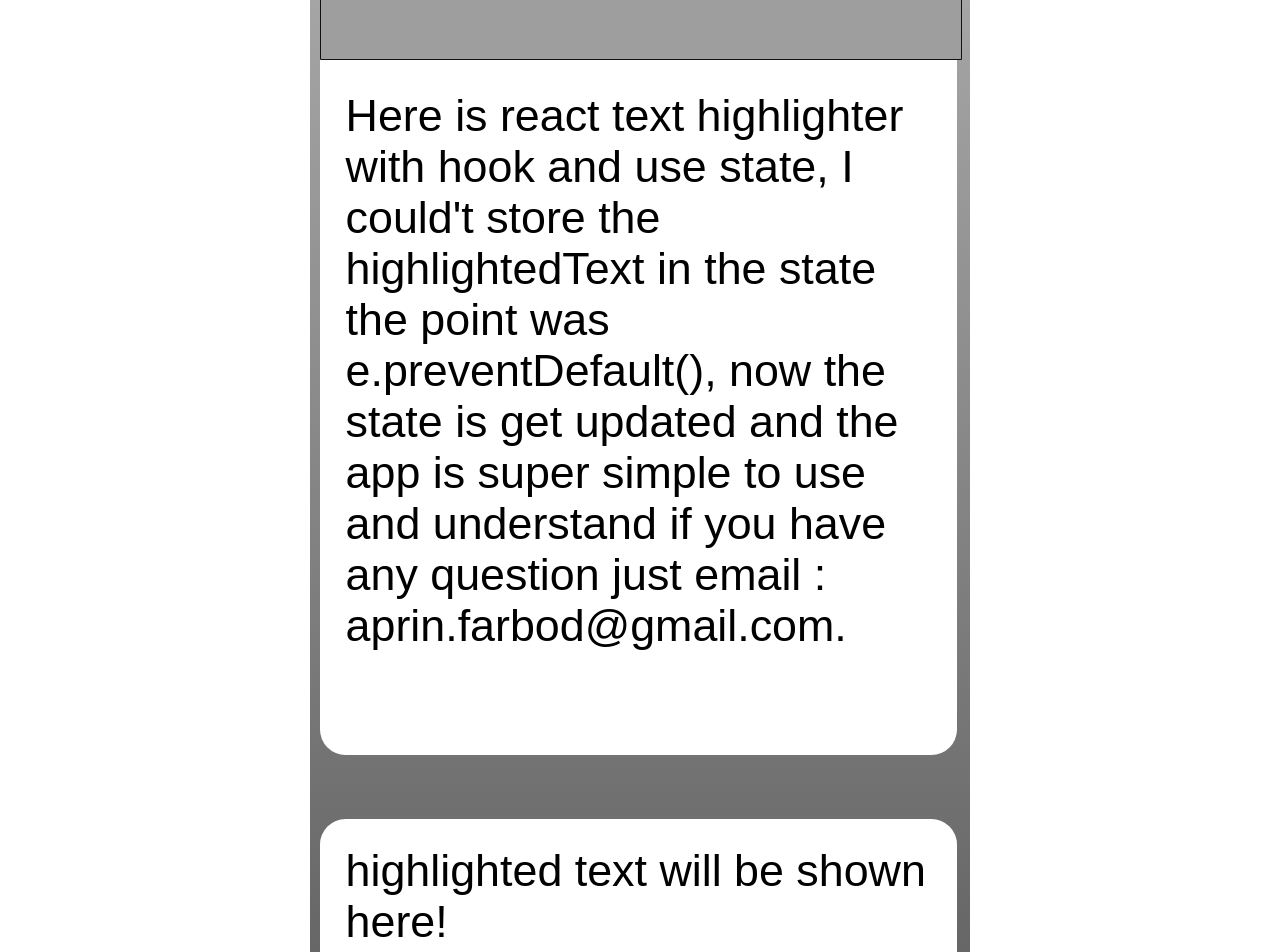
Repository: Farbod29/React-text-highlighter-with-hook-
Page: /
The author's editor kept a copy of each file at every save. The page is drawn from the files as they stood at one save, then again after the next save.
The browser window is 1280 px wide. The pictures show the part of the page from y = 656 to 1608 px (the page is 2452 px tall).
Pictures or frames that could not be fetched are drawn as grey boxes. The project was rebuilt for these pictures with package versions that can differ from the ones it lists, and the page was loaded fresh each time. Also part of the build but not shown: src/highlighter2.js.

Above is the page before, as saved 2022-02-22 20:08:52.

### src/App.js
import './App.css';
import Highlighter from './highlighter';
import Highlighter2 from './highlighter2';
function App() {
  return (
    <div className="App">
      <Highlighter />

      {/* <Highlighter2 text={'text sss'} /> */}
      {/* hello is it mee you looking for ! */}
    </div>
  );
}
// https://stackoverflow.com/questions/38810767/how-can-you-get-highlighted-text-window-getselection-in-reactjs

export default App;

### src/highlighter.js
import React, { useState, useEffect } from 'react';
import './highlight.css';

//https://developer.mozilla.org/en-US/docs/Web/API/Window/getSelection
// https://medium.com/unprogrammer/a-simple-text-highlighting-component-with-react-e9f7a3c1791a
//thanks for the provider and @Saeed Rastgar my friend to assist the in the CSS part.

export default function Highlighter() {
  const [highlightedText, setHighlightedText] = useState(
    'highlighted text will be shown here!'
  );
  useEffect(() => {
    // give permission to run this part on the client side
    const saveSelection = () => {
      setHighlightedText(window.getSelection().toString());
    };
    document.addEventListener('mouseup', saveSelection);
    return () => document.removeEventListener('mouseup', saveSelection);
  }, []);

  return (
    <>
      <section className="card">
        <div>
          <img
            className="img-holder"
            src="https://pfrias.couragecompanion.eu/storage/m/_v2/213604778138275840/4f8b684e5-e9314a/vlyvkRQwb3ew/u8hVvH5l5IFvha9MQyXCzPOYLo2SXG3bqIpv6vBg.png"
          ></img>
          <div className="margin-top-zero txt">
            Here is react text highlighter with hook and use state, I could't
            store the highlightedText in the state the point was
            e.preventDefault(), now the state is get updated and the app is
            super simple to use and understand if you have any question just
            email : aprin.farbod@gmail.com.
          </div>
          {/* {ghasem} */}
          <div className="txt">{highlightedText}</div>
          <div // parent of button
          >
            <button className="btn"> Add Highlighted text </button>
          </div>
        </div>
      </section>
    </>
  );
}

### src/highlight.css
.card {
  margin: 5vw auto;
  width: 50%;
  padding: 10px;
  border-radius: 5px;
  height: 180vw;
  background: linear-gradient(#ccc, #333);
}

.img-holder {
  height: 50vw;
  width: 49.5vw;
  border: 1px solid #111;
  border-top-left-radius: 2vw;
  border-top-right-radius: 2vw;
}

.txt {
  background-color: white;
  color: black;
  margin-bottom: 5vw;
  height: 50vw;
  width: 45.9vw;
  padding: 2vw;
  font-size: 3.5vw;
  font-family: sans-serif;
  text-align: left;
  border-radius: 2vw;
}

.margin-top-zero {
  margin-top: -3vw;
  padding-top: 5vw;
  border-top-radius: 0px;
}

.btn {
  padding: 5px;
  width: 47.5vw;
  font-size: 4vw;
  border-radius: 2vw;
}

farbod jan in css dovomi ro paste kon .card {
  margin: 5vw auto;
  width: 50%;
  padding: 10px;
  border-radius: 5px;
  height: 180vw;
  background: linear-gradient(#ccc, #333);
}

.img-holder {
  height: 50vw;
  width: 50vw;
  border-top-left-radius: 2vw;
  border-top-right-radius: 2vw;
}

.txt {
  background-color: white;
  color: black;
  margin-bottom: 5vw;
  height: 50vw;
  width: 45.8vw;
  padding: 2vw;
  font-size: 3.5vw;
  font-family: sans-serif;
  text-align: left;
  border-radius: 2vw;
}

.margin-top-zero {
  margin-top: -3vw;
  padding-top: 5vw;
  border-top-radius: 0px;
}

.btn {
  padding: 5px;
  width: 47.5vw;
  font-size: 4vw;
  border-radius: 2vw;
}

Loaded but not shown: public/index.html (common file); src/index.js (common file); src/index.css (common file); src/reportWebVitals.js (common file); src/App.css (common file)

After the next save:
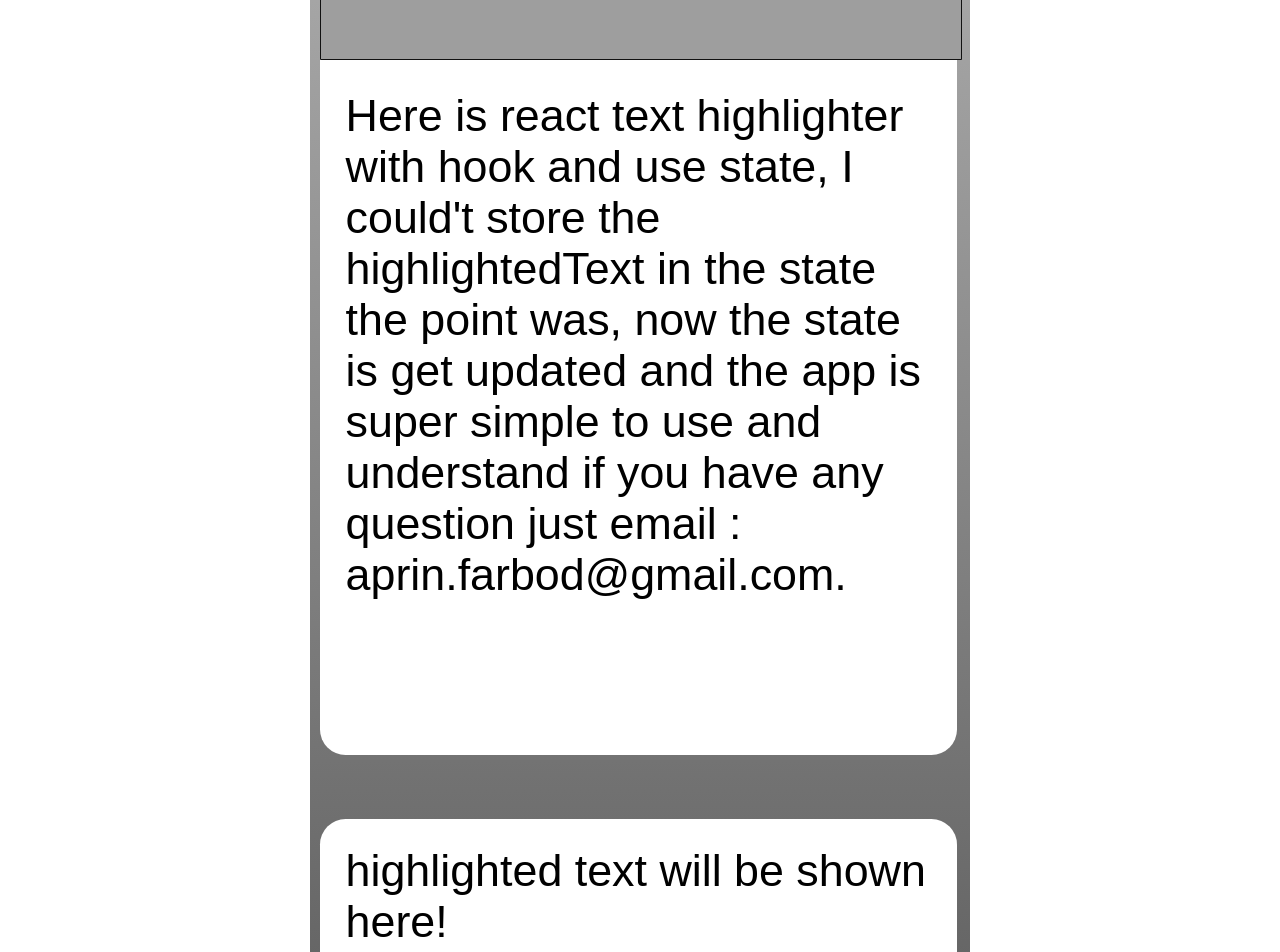
Saved 12 min 8 s later.
--- a/src/highlighter.js
+++ b/src/highlighter.js
@@ -28,10 +28,9 @@ export default function Highlighter() {
           ></img>
           <div className="margin-top-zero txt">
             Here is react text highlighter with hook and use state, I could't
-            store the highlightedText in the state the point was
-            e.preventDefault(), now the state is get updated and the app is
-            super simple to use and understand if you have any question just
-            email : aprin.farbod@gmail.com.
+            store the highlightedText in the state the point was, now the state
+            is get updated and the app is super simple to use and understand if
+            you have any question just email : aprin.farbod@gmail.com.
           </div>
           {/* {ghasem} */}
           <div className="txt">{highlightedText}</div>
